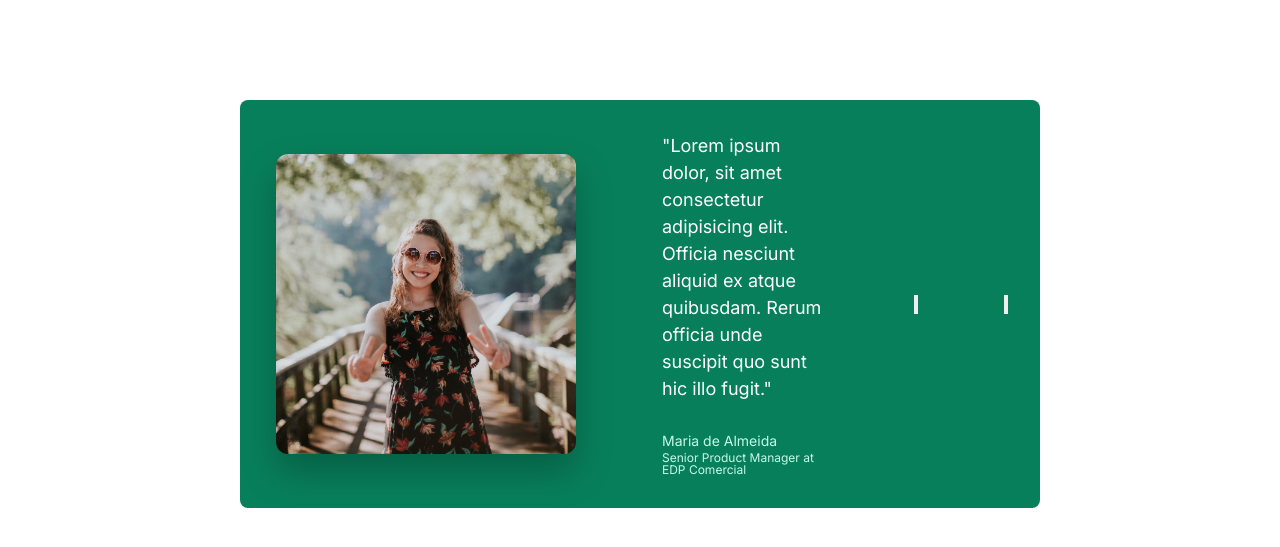
Repository: Ahmed123rezk123/06-Components
Page: carousel.html
The author's editor kept a copy of each file at every save. The page is drawn from the files as they stood at one save, then again after the next save.
The browser window is 1280 px wide. The pictures show the whole page.

Above is the page before, as saved 2024-09-16 08:49:16.

### carousel.html
<!DOCTYPE html>
<html lang="en">
  <head>
    <meta charset="UTF-8" />
    <meta name="viewport" content="width=device-width, initial-scale=1.0" />
    <link rel="preconnect" href="https://fonts.gstatic.com" />
    <link
      href="https://fonts.googleapis.com/css2?family=Inter:wght@400;500;700&display=swap"
      rel="stylesheet"
    />
    <style>
      * {
        margin: 0;
        padding: 0;
        box-sizing: border-box;
      }

      body {
        font-family: "Inter", sans-serif;
        /* color: #343a40;
        background-color: #f8f9fa; */
        line-height: 1;
      }
      .carousel {
        width: 800px;
        margin: 100px auto;
        background-color: #087f5b;
        border-radius: 8px;
        padding: 32px;
        padding-left: 86px;
        color: #fff;
        display: flex;
        align-items: center;
        gap: 86px;
      }

      img {
        height: 200px;
        border-radius: 8px;
        transform: scale(1.5);
        box-shadow: 0 12px 24px rgb(0, 0, 0, 0.25);
      }
      .testmonial {
        margin-left: 50px;
      }
      .testmonial-text {
        font-size: 18px;
        font-weight: 500px;
        line-height: 1.5;
        margin-bottom: 32px;
      }
      .testmonial-auther {
        font-size: 14px;
        margin-bottom: 4px;
        color: #c3fae8;
      }

      .testmonial-job {
        font-size: 12px;
        color: #c3fae8;
      }
    </style>
    <title>Carousel</title>
  </head>
  <body>
    <div class="carousel">
      <img src="maria.jpg" alt="" />
      <blockquote class="testmonial">
        <p class="testmonial-text">
          "Lorem ipsum dolor, sit amet consectetur adipisicing elit. Officia
          nesciunt aliquid ex atque quibusdam. Rerum officia unde suscipit quo
          sunt hic illo fugit."
        </p>
        <p class="testmonial-auther">Maria de Almeida</p>
        <p class="testmonial-job">Senior Product Manager at EDP Comercial</p>
      </blockquote>

      <button class="btn">
        <svg
          xmlns="http://www.w3.org/2000/svg"
          fill="none"
          viewBox="0 0 24 24"
          stroke-width="1.5"
          stroke="currentColor"
          class="btn-icon"
        >
          <path
            stroke-linecap="round"
            stroke-linejoin="round"
            d="m8.25 4.5 7.5 7.5-7.5 7.5"
          />
        </svg>
      </button>
      <button class="btn">
        <svg
          xmlns="http://www.w3.org/2000/svg"
          fill="none"
          viewBox="0 0 24 24"
          stroke-width="1.5"
          stroke="currentColor"
          class="btn-icon"
        >
          <path
            stroke-linecap="round"
            stroke-linejoin="round"
            d="M15.75 19.5 8.25 12l7.5-7.5"
          />
        </svg>
      </button>
    </div>
  </body>
</html>

After the next save:
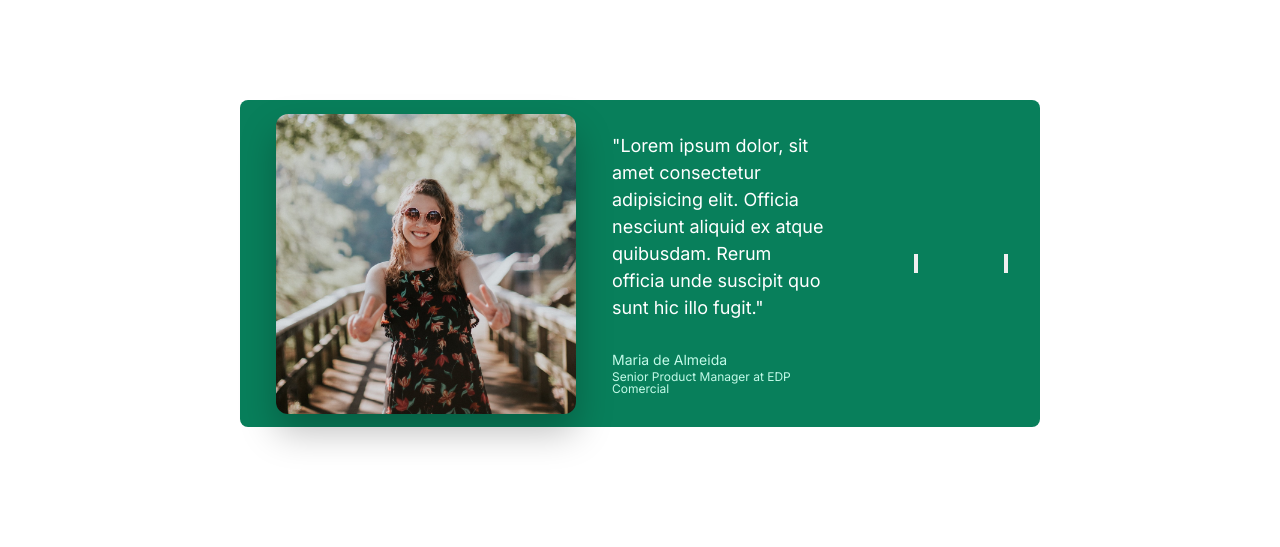
Saved 49 s later.
--- a/carousel.html
+++ b/carousel.html
@@ -39,9 +39,6 @@
         border-radius: 8px;
         transform: scale(1.5);
         box-shadow: 0 12px 24px rgb(0, 0, 0, 0.25);
-      }
-      .testmonial {
-        margin-left: 50px;
       }
       .testmonial-text {
         font-size: 18px;
